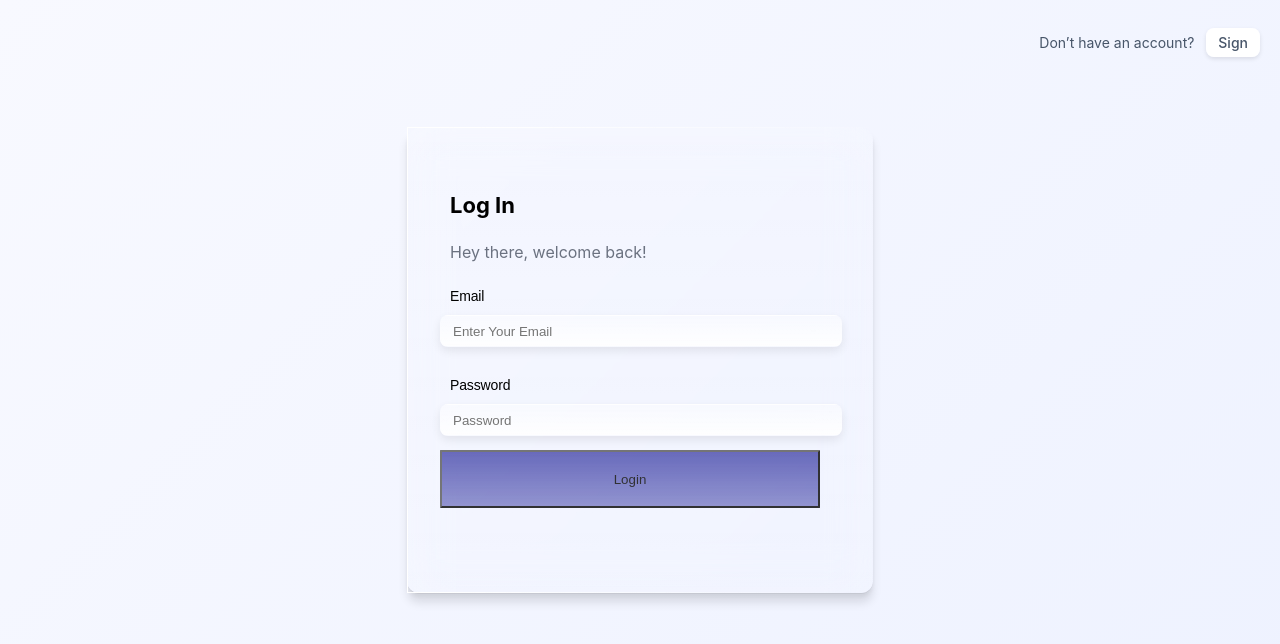
Repository: AfifaNoor/Admin_Panel-React-
Page: /
The author's editor kept a copy of each file at every save. The page is drawn from the files as they stood at one save, then again after the next save.
The browser window is 1280 px wide. The pictures show the whole page.
The project was rebuilt for these pictures with package versions that can differ from the ones it lists, and the page was loaded fresh each time. Also part of the build but not shown: src/SignUp.jsx.

Above is the page before, as saved 2025-07-10 17:56:40.

### src/App.js
import React from 'react'
import LoginPage from './LoginPage'
import { RouterProvider } from 'react-router-dom'
import Router from './Router'

const App = () => {
  return (
    <>
      {/* <RouterProvider router={Router}/> */}
      <LoginPage/>
    </>


  )
}

export default App

### src/LoginPage.jsx
import React, { useState } from 'react'
// import {Navigate, useNavigate} from 'react-router-dom';
import "./LoginPage.css"
import { ToastContainer, toast } from 'react-toastify';
import 'react-toastify/dist/ReactToastify.css';

const LoginPage = () => {
    const[email , setEmail]=useState('')
    const [password , setPassword] = useState('')
    // const navigate= useNavigate();

const handleSubmit =(e)=>{
    e.preventDefault();

 const hardcoreMail="login@gmail.com";
 const hardcorePassword = '1234567'

    if (email=== hardcoreMail && password === hardcorePassword){
        alert("Login Successfull")

    }else{
        alert("Invalid Credential")
    }

}



  return (
 <div className="login-container">

      <div className="signup-redirect">
        <p>
          Don’t have an account?{' '}
          {/* <span className="signup-link" onClick={() => navigate('/sign-up')}> */}
            {/* Sign Up */}
          {/* </span> */}
          <span className="signup-link" >
            Sign
          </span>
        </p>
      </div>



    <div>



    </div>

      <form className="login-form" onSubmit={handleSubmit}>
      <div className="title">
        <h1>Log In</h1>
        <p>Hey there, welcome back!</p>
      </div>
      <label className='form-label'>Email</label>
        <input
          type="email"
          className="form-input"
          value={email}
          placeholder="Enter Your Email"
          onChange={(e) => setEmail(e.target.value)}
          required
        />

        <label className='form-label'>Password</label>
        <input
          type="password"
          className="form-input"
          placeholder="Password"
          value={password}
          onChange={(e) => setPassword(e.target.value)}
          required
        />

        <button className="login-btn" type="submit">
          Login
        </button>

        {/* <ToastContainer /> */}
      </form>
    </div>
  );
}

export default LoginPage

### src/Router.jsx
import React from 'react';
import { createBrowserRouter , createRoutesFromElements , Route } from 'react-router-dom';
import LoginPage from './LoginPage';
import SignUp from './SignUp';

const Router = createBrowserRouter(
  createRoutesFromElements(
    <>

      <Route path='/sign-up' element={<SignUp/>}/>
      <Route path='login-page' element={<LoginPage/>}/>
    </>
  )
)

export default Router;

### src/LoginPage.css
.login-container {
  width: 100%;
  height: 100vh;
  /* background: #FFFFFF; */
  opacity: 1;
  transform: rotate(0deg);
  display: flex;
  justify-content: center;
  align-items: center;
  background: linear-gradient(135deg, #f8f9ff, #eef2ff);
  flex-direction: column;
  /* font-family: 'Inter','sans-serif'; */
  position: relative;


}
.signup-redirect {
  position: absolute;
  top: 20px;
  right: 20px;
  font-size: 14px;
  color: #475569;
}

.signup-link {
  background: #ffffff;
  border-radius: 8px;
  padding: 6px 12px;
  margin-left: 8px;
  box-shadow: 0 2px 4px rgba(0,0,0,0.1);
  cursor: pointer;
  font-weight: 500;
  transition: all 0.3s ease;
}

.signup-link:hover {
  background: #f0f0f0;
}




.login-form{
  width: 400px;
  height: 400px;
  /* position: absolute; */
  /* top: 150.5px; */
  /* left: 482px; */
  border-radius: 12px;
  padding: 32px;
  gap: 10px;
  opacity: 1;
  flex-direction: column;

  z-index: 2;

  background: linear-gradient(180deg, rgba(255, 255, 255, 0) -9.58%, rgba(255, 255, 255, 0.052) 100%);
  border: 1px solid transparent;
  border-image-source: linear-gradient(93.78deg, #FFFFFF 8.04%, rgba(255, 255, 255, 0) 100%);
  border-image-slice: 1;


-webkit-backdrop-filter: blur(20px);
backdrop-filter: blur(20px);

box-shadow:
  0px 10px 10px 0px rgba(0, 0, 0, 0.10),
  0px 4px 4px 0px rgba(0, 0, 0, 0.05),
  0px 1px 0px 0px rgba(0, 0, 0, 0.05),
  inset 0px 20px 50px 0px rgba(255, 255, 255, 0.15);

}

.title{
  z-index: 3;
  width: 380px;
  height: 72px;
  opacity: 1;
  gap: 10px;
  padding: 10px;
  /* margin-bottom: 550px; */
  /* box-shadow: 0 4px 12px rgba(0, 0, 0, 0.1); */
  margin-bottom: 20px;


}

.title h1 {
width: 380px;
height: 40px;
font-family: 'Inter', sans-serif;
font-weight: 600px;
font-size: 22px;
line-height: 40px;
letter-spacing: -1%;
margin-bottom: 8px;
}

.title p{
  font-size: 16px;
  font-style: Inter;
  font-weight: 400px;
  font-style:normal;
  line-height: 22px;
  /* letter-spacing: -1%; */
  color: rgba(107, 114, 128, 1);
  margin-bottom: 24px;
  /* margin-bottom: 5px; */

}

.form-label{
width: 380px;
height: 22px;
transform: rotate(0deg);
opacity: 1;
gap: 12px;
text-align: left;
font-family: 'Intern',sans-serif;
font-weight: 500px;
font-size: 14px;
line-height: 22px;
letter-spacing: -0.01em;
color:black;
border: none;
border-radius: 6px;
padding: 3px 10px;
cursor: pointer;
display: inline-flex;
/* align-items: left; */
justify-content: left;
margin-top: 10px;
margin-bottom: 5px;

}

.form-input{

  width: 380px;
  height: 20px;
  min-width: 140px;
  max-width: 500px;
  transform: rotate(0deg);
  opacity: 1;
  border-radius: 8px;
  border-width: 1px;
  padding: 5px 8px 5px 12px;
  gap: 8px;
  margin-bottom: 14px;

  background: linear-gradient(0deg, rgba(255, 255, 255, 0.9) 0%, rgba(255, 255, 255, 0.4) 100%);
  border: 1px solid transparent; /* fallback for border-image */

  border-image:
    linear-gradient(0deg, rgba(255, 255, 255, 0.1), rgba(255, 255, 255, 0.1)),
    linear-gradient(360deg, rgba(255, 255, 255, 0.5) 0%, rgba(255, 255, 255, 0) 100%);
  border-image-slice: 1;


  -webkit-backdrop-filter: blur(20px);
  backdrop-filter: blur(20px);
  box-shadow: 0 4px 10px rgba(0,0,0,0.08);
  cursor: pointer;
}

.login-btn{
  direction: vertical;
  width: 380px;
  height: 58px;
  padding: 7px 7px ;
  gap: 12px;
  border-radius: 1px;
  opacity: 80%;
  background: linear-gradient(180deg, #4648AB 0%, rgba(70, 72, 171, 0.7) 100%)
}

Loaded but not shown: public/index.html (common file); src/index.js (common file); src/index.css (common file); src/reportWebVitals.js (common file)

After the next save:
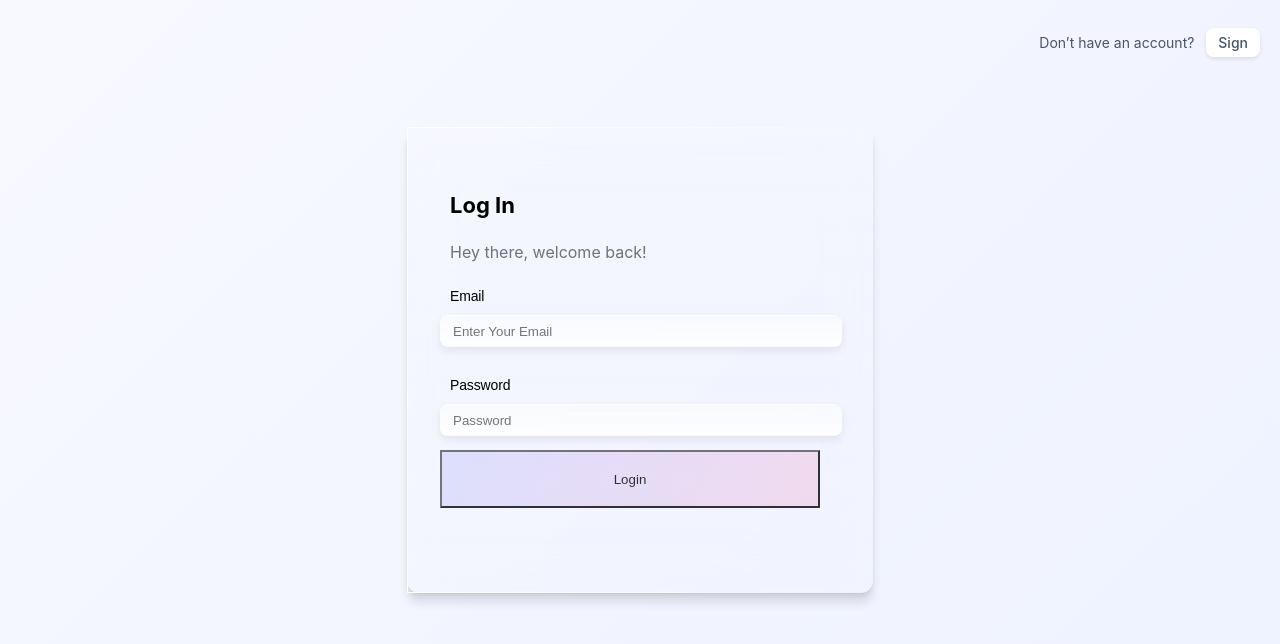
Saved 101 s later.
--- a/src/LoginPage.css
+++ b/src/LoginPage.css
@@ -171,5 +171,7 @@ margin-bottom: 5px;
   gap: 12px;
   border-radius: 1px;
   opacity: 80%;
-  background: linear-gradient(180deg, #4648AB 0%, rgba(70, 72, 171, 0.7) 100%)
+  /* background: linear-gradient(180deg, #4648AB 0%, rgba(70, 72, 171, 0.7) 100%) */
+  background: linear-gradient(119.36deg, rgba(99, 102, 241, 0.2) 0%, rgba(236, 72, 153, 0.2) 100%)
+
 }

After the save that followed:
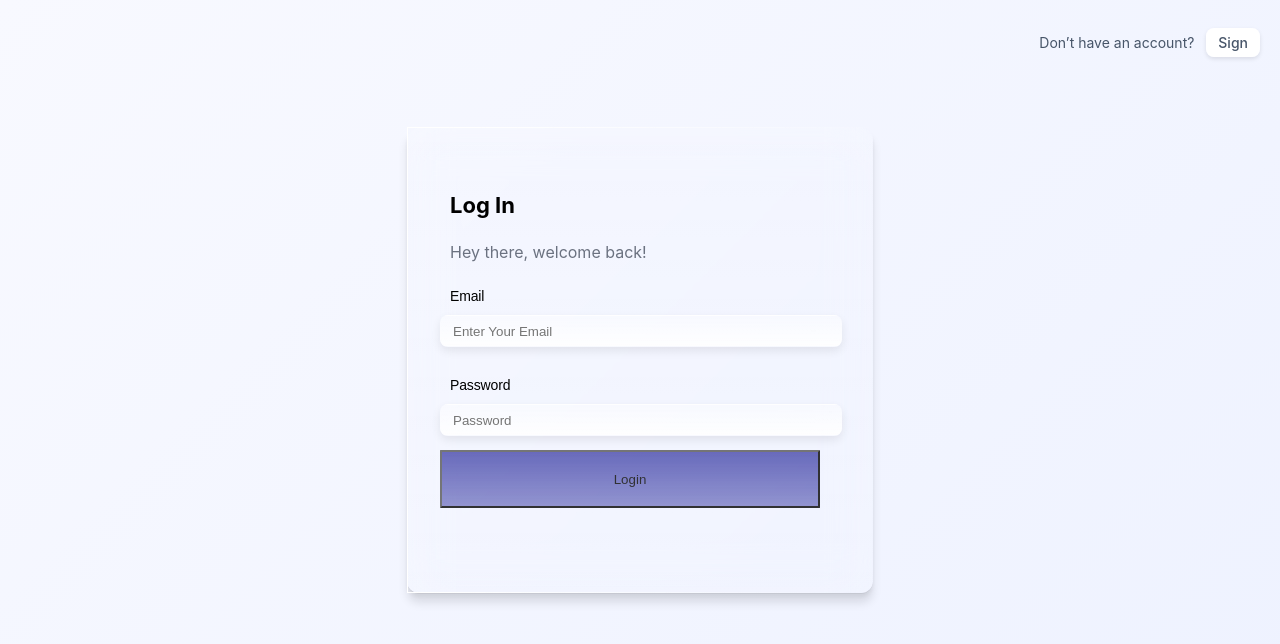
Saved 13 s later.
--- a/src/LoginPage.css
+++ b/src/LoginPage.css
@@ -171,7 +171,7 @@ margin-bottom: 5px;
   gap: 12px;
   border-radius: 1px;
   opacity: 80%;
-  /* background: linear-gradient(180deg, #4648AB 0%, rgba(70, 72, 171, 0.7) 100%) */
-  background: linear-gradient(119.36deg, rgba(99, 102, 241, 0.2) 0%, rgba(236, 72, 153, 0.2) 100%)
+  background: linear-gradient(180deg, #4648AB 0%, rgba(70, 72, 171, 0.7) 100%)
+  /* background: linear-gradient(119.36deg, rgba(99, 102, 241, 0.2) 0%, rgba(236, 72, 153, 0.2) 100%) */
 
 }
